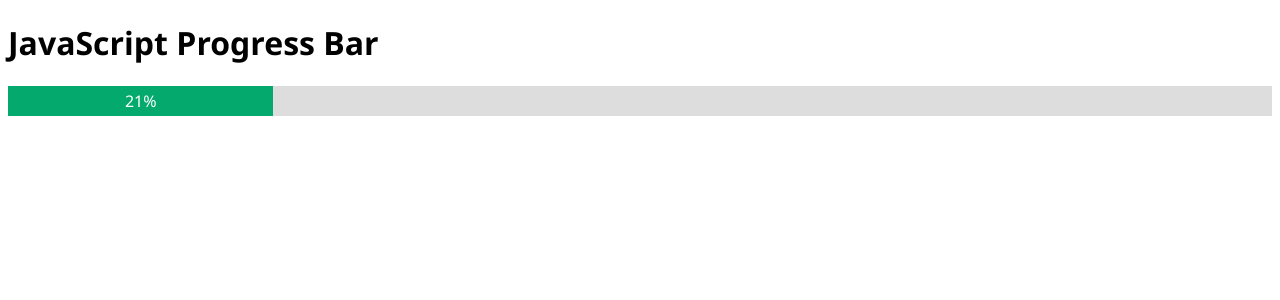
Repository: end888160/end888160.github.io
Page: test.html
The author's editor kept a copy of each file at every save. The page is drawn from the files as they stood at one save, then again after the next save.
The browser window is 1280 px wide. The pictures show the whole page.

Above is the page before, as saved 2024-09-21 21:30:08.

### test.html
<!DOCTYPE html>
<html>
<style>
	html {
		font-family: 'Segoe UI', Tahoma, Geneva, Verdana, sans-serif;
	}
#countDownProgress {
  width: 100%;
  background-color: #ddd;
}

#countDownBar {
  width: 10%;
  height: 30px;
  background-color: #04AA6D;
  text-align: center;
  line-height: 30px;
  color: white;
}
</style>
<body>

<h1>JavaScript Progress Bar</h1>

<div id="countDownProgress">
  <div id="countDownBar"></div>
</div>

<br>

<script>
	var i=0
function progress(percent) {
  if (i == 0) {
    i = 1;
    var elem = document.getElementById("countDownBar");
    var width = 0;
    var id = setInterval(frame, 10);
    function frame() {
      if (percent >= 100) {
        clearInterval(id);
        i = 0;
      } else {
        elem.style.width = percent + "%";
        elem.innerHTML = percent  + "%";
      }
    }
  }

}
function count() {
	progress(new Date().getSeconds());
	setTimeout(count, 1)
}
count()
</script>

</body>
</html>

After the next save:
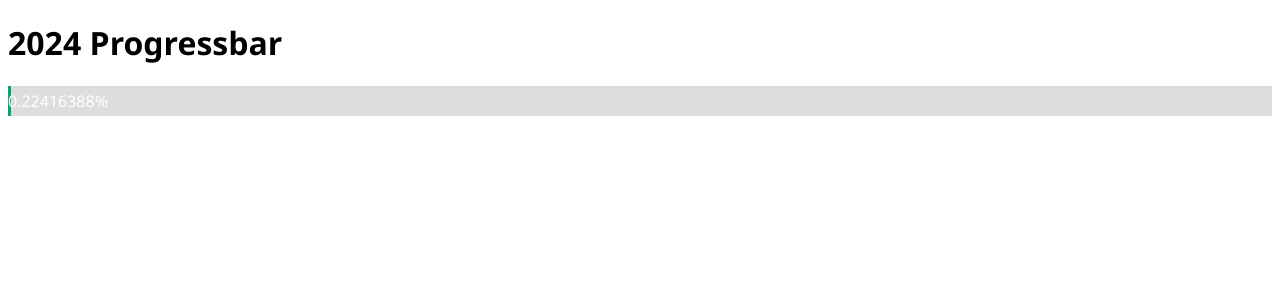
Saved 6 min 4 s later.
--- a/test.html
+++ b/test.html
@@ -20,7 +20,7 @@
 </style>
 <body>
 
-<h1>JavaScript Progress Bar</h1>
+<h1 id="caption"></h1>
 
 <div id="countDownProgress">
   <div id="countDownBar"></div>
@@ -30,26 +30,29 @@
 
 <script>
 	var i=0
-function progress(percent) {
+function progress() {
+	var countDownTarget = new Date().getFullYear() + 1;
   if (i == 0) {
     i = 1;
     var elem = document.getElementById("countDownBar");
     var width = 0;
-    var id = setInterval(frame, 10);
     function frame() {
-      if (percent >= 100) {
+      if (((new Date().getTime() - new Date("Jan 1, " + ( countDownTarget - 1) + " 00:00:00")) / ( new Date("Jan 1, " + countDownTarget + " 00:00:00").getTime() - new Date("Jan 1, " + ( countDownTarget - 1) + " 00:00:00")) * 100).toFixed(8) >= 100) {
         clearInterval(id);
         i = 0;
       } else {
-        elem.style.width = percent + "%";
-        elem.innerHTML = percent  + "%";
+        elem.style.width = ((new Date().getTime() - new Date("Jan 1, " + ( countDownTarget - 1) + " 00:00:00")) / ( new Date("Jan 1, " + countDownTarget + " 00:00:00").getTime() - new Date("Jan 1, " + ( countDownTarget - 1) + " 00:00:00")) * 100).toFixed(8) + "%";
+        elem.innerHTML = ((new Date().getTime() - new Date("Jan 1, " + ( countDownTarget - 1) + " 00:00:00")) / ( new Date("Jan 1, " + countDownTarget + " 00:00:00").getTime() - new Date("Jan 1, " + ( countDownTarget - 1) + " 00:00:00")) * 100).toFixed(8)  + "%";
       }
     }
+	setInterval(frame, 50);
+	document.getElementById("caption").innerHTML = countDownTarget -1 + " Progressbar";
   }
 
 }
 function count() {
-	progress(new Date().getSeconds());
+	progress();
+
 	setTimeout(count, 1)
 }
 count()
